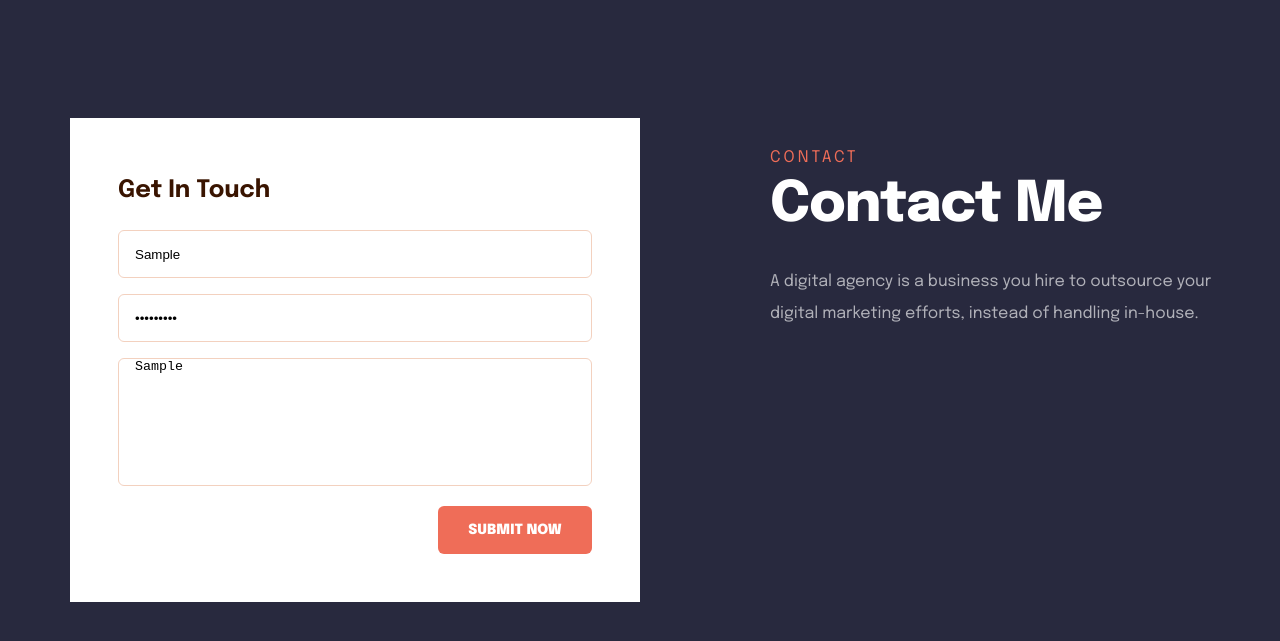
Repository: SabrinaSeydaliyeva/Task-17
Page: pages/contactPage/index.html
The author's editor kept a copy of each file at every save. The page is drawn from the files as they stood at one save, then again after a run of saves.
The browser window is 1280 px wide. The pictures show the whole page.
Empty fields were first filled with sample values (such as "Sample", 5 or name@example.com).
After loading, the first visible `button` was clicked once.
The style sheet was rebuilt from its Sass, Less or Tailwind sources for each picture, by a compiler version that may differ from the author's.

Above is the page before, as saved 2023-09-06 16:08:44.

After the next 4 saves:
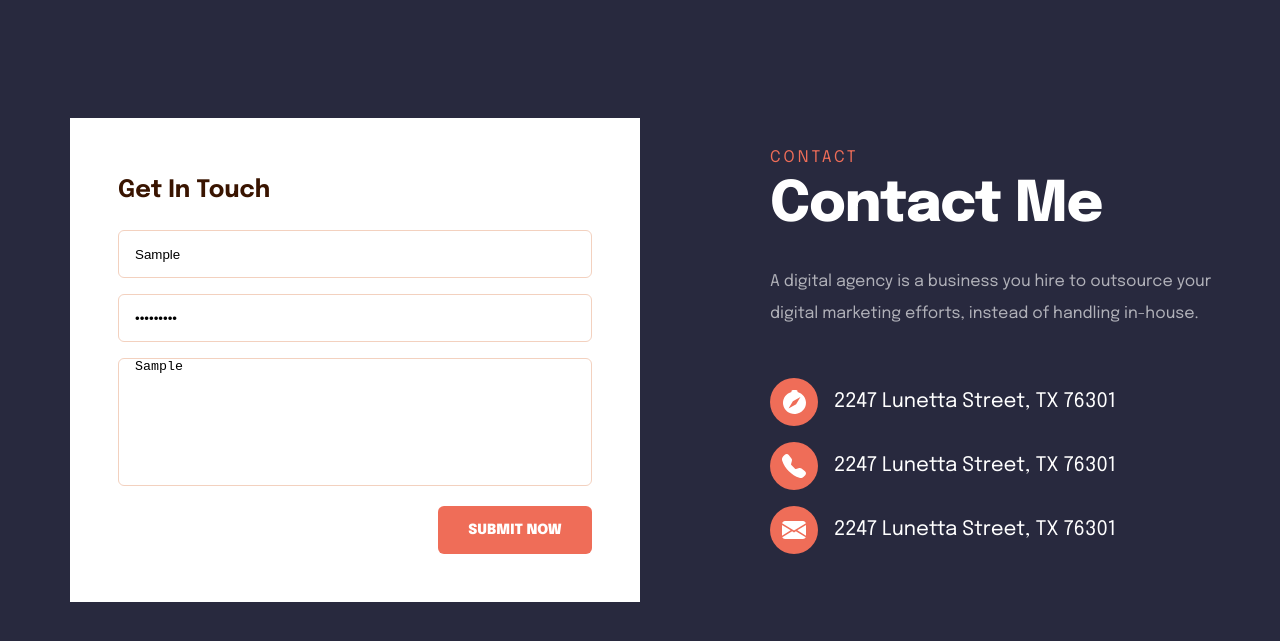
The 4 saves are shown as one change because they came seconds apart.
The last was saved 13 s later.
--- a/pages/contactPage/index.js
+++ b/pages/contactPage/index.js
@@ -9,6 +9,65 @@ function showData(e)
 {
     e.preventDefault()
     console.log(nameInput.value);
-
+ul.innerHTML+=
+`
+<li>
+<div class="circle">
+  <svg
+    xmlns="http://www.w3.org/2000/svg"
+    width="23"
+    height="24"
+    viewBox="0 0 23 24"
+    fill="none"
+  >
+    <path
+      fill-rule="evenodd"
+      clip-rule="evenodd"
+      d="M12.5128 23.9559C18.4476 23.4434 22.9991 18.5852 23 12.7619C22.9992 7.68681 19.5202 3.24133 14.5089 1.91219C14.6419 1.45966 14.5495 0.972375 14.2595 0.596433C13.9696 0.220491 13.5157 -0.000396111 13.034 0H9.9675C9.4858 -0.000396111 9.03192 0.220491 8.74193 0.596433C8.45195 0.972375 8.35958 1.45966 8.49253 1.91219C2.74205 3.43556 -0.865618 8.99957 0.179927 14.7325C1.22547 20.4654 6.57793 24.4683 12.5128 23.9559ZM17.4618 6.91176L17.465 6.90994L17.462 6.91144L17.4618 6.91176ZM17.4618 6.91176L9.87551 11.1479L5.53646 18.5674L13.126 14.3294L17.4618 6.91176Z"
+      fill="white"
+    />
+  </svg>
+</div>
+<p>2247 Lunetta Street, TX 76301</p>
+</li>
+<li>
+<div class="circle">
+  <svg
+    xmlns="http://www.w3.org/2000/svg"
+    width="24"
+    height="24"
+    viewBox="0 0 24 24"
+    fill="none"
+  >
+    <path
+      fill-rule="evenodd"
+      clip-rule="evenodd"
+      d="M2.82812 0.765296C3.35902 0.235151 4.09188 -0.0416708 4.84066 0.0050961C5.58945 0.051863 6.28217 0.417722 6.743 1.00981L9.43541 4.46897C9.92889 5.10349 10.1029 5.93003 9.9079 6.71007L9.08742 9.99522C9.00114 10.3413 9.10245 10.7073 9.35441 10.9598L13.0398 14.6454C13.2925 14.8979 13.6592 14.9993 14.0058 14.9124L17.2892 14.0919C18.0691 13.8969 18.8953 14.0711 19.5301 14.5644L22.989 17.2555C24.2324 18.2231 24.3464 20.0607 23.2335 21.1722L21.6825 22.7233C20.5726 23.8333 18.9136 24.3209 17.3672 23.7763C13.4091 22.3836 9.81531 20.1174 6.85249 17.146C3.88152 14.1834 1.61557 10.5899 0.222699 6.63206C-0.320284 5.08699 0.167201 3.42642 1.27717 2.31637L2.82812 0.765296Z"
+      fill="white"
+    />
+  </svg>
+</div>
+<p>2247 Lunetta Street, TX 76301</p>
+</li>
+<li>
+<div class="circle">
+  <svg
+    xmlns="http://www.w3.org/2000/svg"
+    width="24"
+    height="18"
+    viewBox="0 0 24 18"
+    fill="none"
+  >
+    <path
+      fill-rule="evenodd"
+      clip-rule="evenodd"
+      d="M3 0C1.60024 -9.42171e-05 0.386447 0.967828 0.075 2.3325L12 9.621L23.925 2.3325C23.6136 0.967828 22.3998 -9.42171e-05 21 0H3ZM0 14.7015V4.0455L8.7045 9.3645L0 14.7015ZM10.1415 10.245L0.2865 16.2855C0.78351 17.3335 1.84012 18.0011 3 18H21C22.1597 18.0003 23.2157 17.3321 23.712 16.284L13.857 10.2435L12 11.379L10.1415 10.2435V10.245ZM24 14.7015L15.2955 9.366V9.3645L24 4.0455V14.7015Z"
+      fill="white"
+    />
+  </svg>
+</div>
+<p>2247 Lunetta Street, TX 76301</p>
+</li>
+`
 
 }
